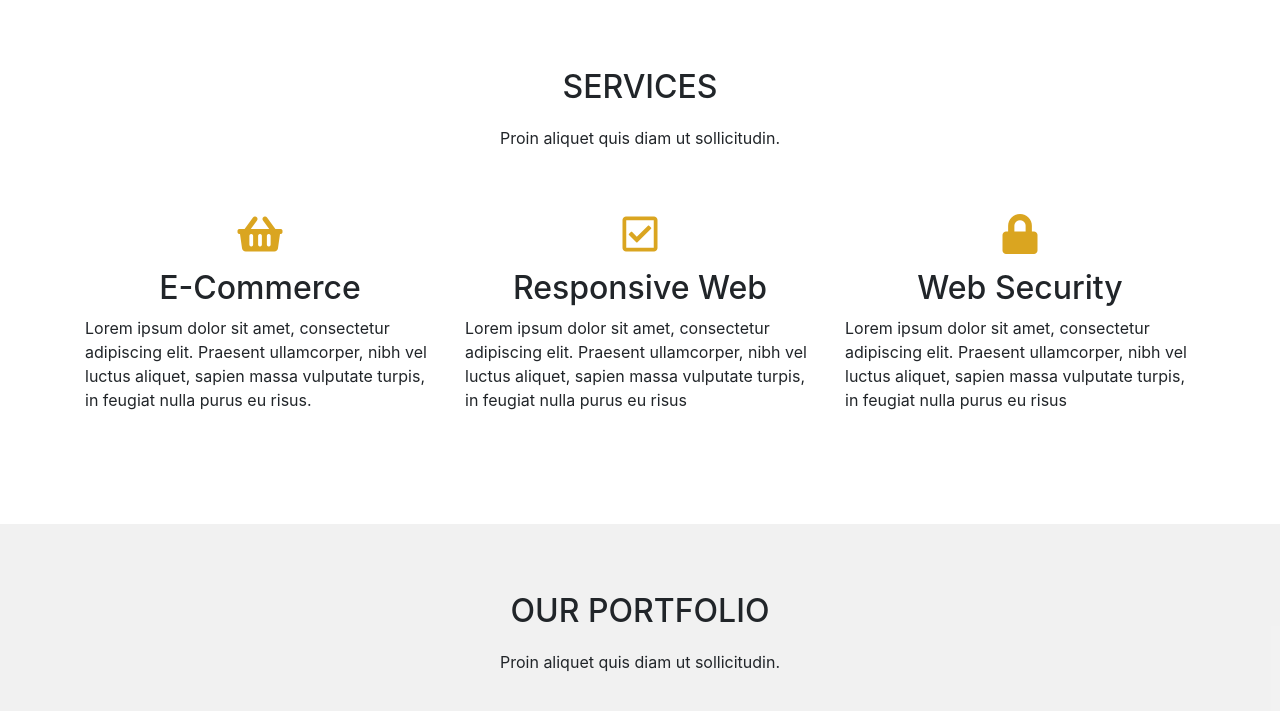
Repository: arek-adamik/golden-webpage
Page: index.html
An editor plug-in stored every save of this project. The page is shown before and after the next save, followed by the edit.
The browser window is 1280 px wide. The pictures show the part of the page from y = 645 to 1356 px (the page is 2682 px tall before and 2658 px after).
Pictures or frames that could not be fetched are drawn as grey boxes. Some web fonts or font styles are not loaded; a fallback is used. Some web libraries are served in a nearby version. The style sheet was rebuilt from its Sass, Less or Tailwind sources for each picture, by a compiler version that may differ from the author's.

Above is the page before, as saved 2021-05-04 17:01:41.

After the next save:
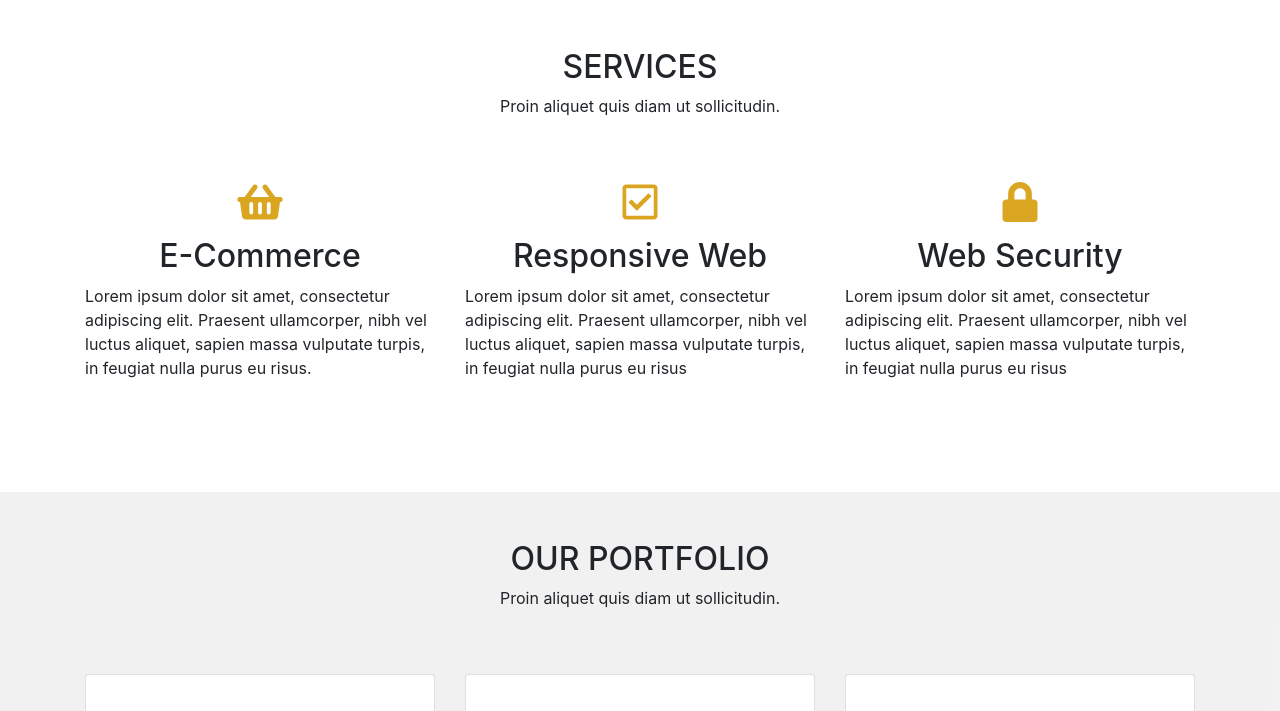
Saved 26 s later.
--- a/sass/style.scss
+++ b/sass/style.scss
@@ -127,13 +127,13 @@ body {
 }
 .section-subtitle, .services-text{
     text-align: center;
-    margin-top: 20px;
 }
 .card-body {
     img {
         width: 100%;
         height: 300px;
         object-fit: cover;
+        margin-bottom: 20px;
     }
     p, h3 {
         text-align: center;
